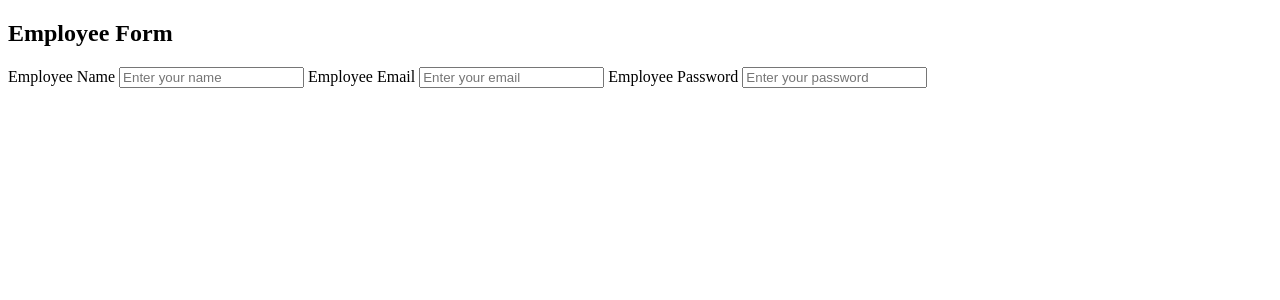
Repository: mrhpn/JavaEE--JSP-SERVLET
Page: JSP_JSTL/WebContent/employee-form.html
An editor plug-in stored every save of this project. The page is shown before and after the next save, followed by the edit.
The browser window is 1280 px wide. The pictures show the whole page.

Above is the page before, as saved 2021-04-01 07:09:44.

### JSP_JSTL/WebContent/employee-form.html
<!DOCTYPE html>
<html>
<head>
<meta charset="ISO-8859-1">
<title>Insert title here</title>
</head>
<body>
	<h2>Employee Form</h2>

	<form action="read-employee-form.jsp" method="GET">
		<label>Employee Name</label>
		<input type="text" name="employeeName" placeholder="Enter your name" required="required" />

		<label>Employee Email</label>
		<input type="email" name="employeeEmail" placeholder="Enter your email" required="required" />

		<label>Employee Password</label>
		<input type="password" name="employeePassword" placeholder="Enter your password" required="required" />
	</form>

</body>
</html>

After the next save:
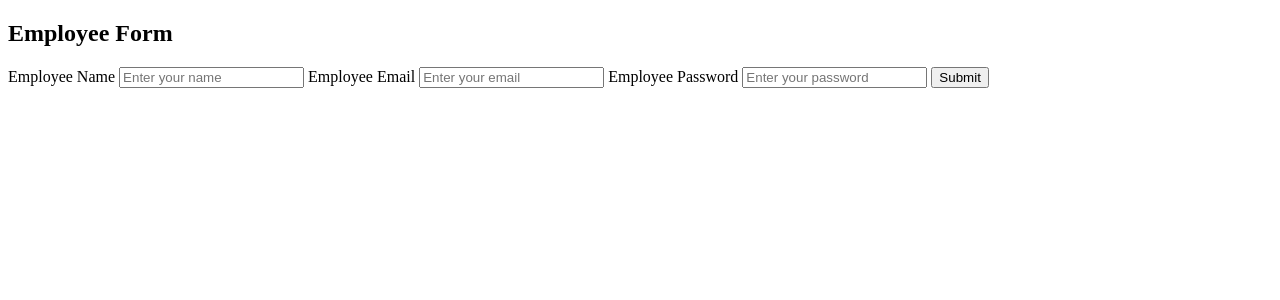
Saved 83 s later.
--- a/JSP_JSTL/WebContent/employee-form.html
+++ b/JSP_JSTL/WebContent/employee-form.html
@@ -16,6 +16,8 @@
 
 		<label>Employee Password</label>
 		<input type="password" name="employeePassword" placeholder="Enter your password" required="required" />
+
+		<input type="submit" value="Submit" />
 	</form>
 
 </body>
